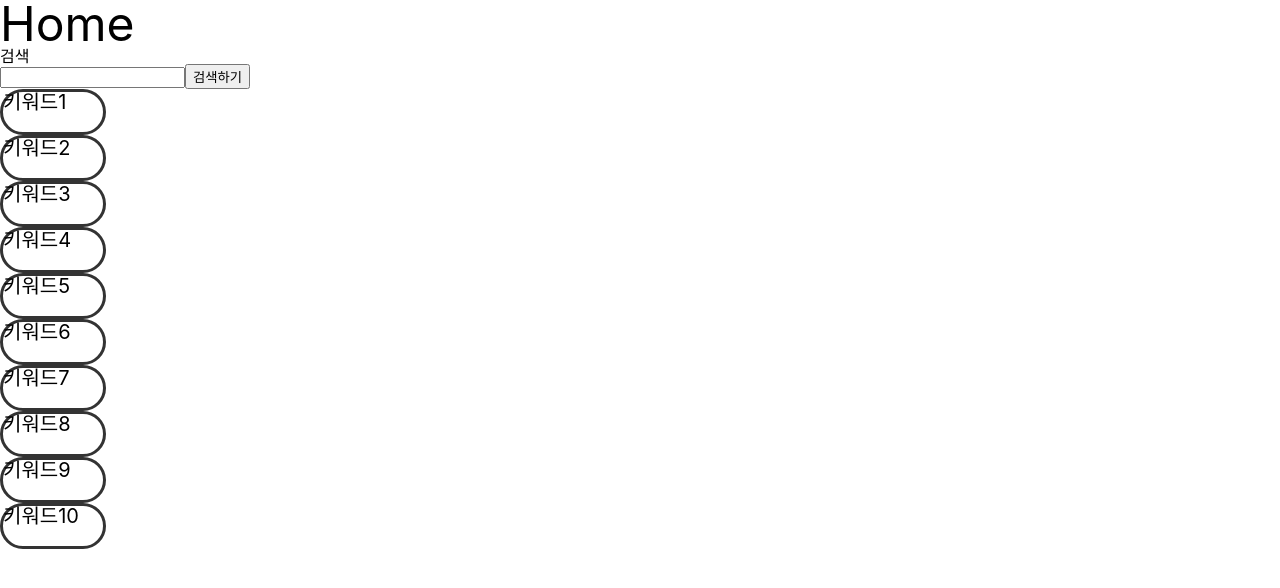
Repository: sunoo-lee/Star-Explore
Page: /
The author's editor kept a copy of each file at every save. The page is drawn from the files as they stood at one save, then again after the next save.
The browser window is 1280 px wide. The pictures show the whole page.
The project was rebuilt for these pictures with package versions that can differ from the ones it lists, and the page was loaded fresh each time.

Above is the page before, as saved 2022-10-14 03:16:15.

After the next save:
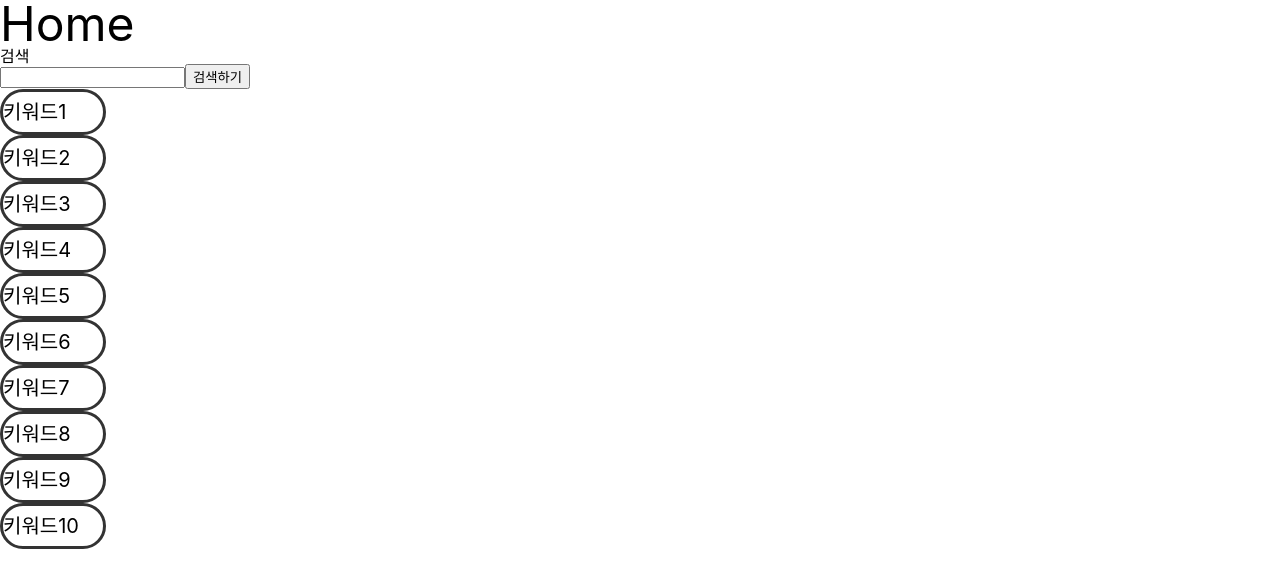
Saved 11 s later.
--- a/src/Style.css
+++ b/src/Style.css
@@ -22,6 +22,7 @@ h1 {
   font-size: 20px;
   width: 100px;
   height: 40px;
+  line-height: 40px;
   border: 3px solid #333333;
   border-radius: 25px;
 }
